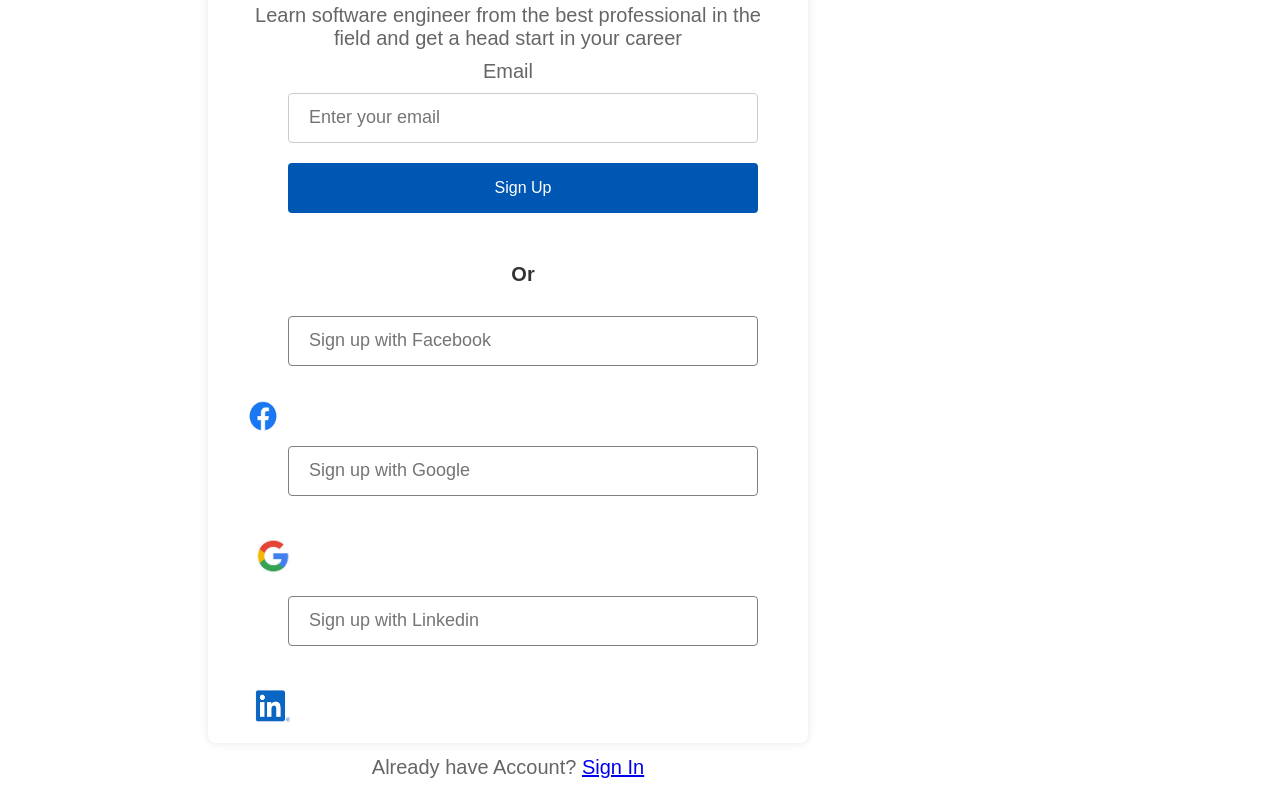
Repository: Femi007-gh/LOGIN-INTERFACE
Page: index.html
The author's editor kept a copy of each file at every save. The page is drawn from the files as they stood at one save, then again after a run of saves.
The browser window is 1280 px wide. The pictures show the whole page.

Above is the page before, as saved 2025-01-21 14:20:45.

### index.html
<html>
  <head>
    <title></title>
    <link rel="stylesheet" href="style.css">
  </head>
  <body>
    <div class="container">
      <div class="left-session">
        <div class="form-container">
          <h1>Get Started Today!</h1>
          <p>Learn software engineer from the best professional in the field and get a head start in your career</p>
          <form>
            <div class="inter-group">
              <p>Email</p>
              <input placeholder="Enter your email" class="email">
            </div>
           <button class="primary-btn" type="submit">
              Sign Up
            </button>
            </form>
            <p class="divider">Or</p>
            <div class="social-buttons">
              <input placeholder="Sign up with Facebook" class="sign">
              <img class="face" src="facebook.jpeg">
              <input placeholder="Sign up with Google" class="sign">
              <img class="go" src="google.webp">
              <input placeholder="Sign up with Linkedin" class="sign">
              <img class="link" src="linked.png">
              <p class="pet">Already have Account? <a href="#">Sign In</a>
      </div>
      <div class="right-section"></div>
    </div>
  </body>
</html>

### style.css
body {
  font-family: Arial, sans-serif;
  display: flex;
  justify-content: center;
  align-items: center;
  height: 100vh;
  width: 1000px;
}

.container {
  display: flex;
  width: 600px;
  height: 750px;
  background-color: white;
  border-radius: 8px;
  box-shadow: 0 0 10px rgba(0, 0, 0, 0.1);
}

.left-session {
  flex: 1;
  padding: 40px;
  display: flex;
  flex-direction: column;
  justify-content: center;
}

.form-container {
  text-align: center;
}

h1 {
  font-size: 28px;
  margin-bottom: 20px;
  color: #333;
}

p {
  margin: 10px 0;
  color: #666;
}



.input-wrapper {
  position: relative;
}

 .email {
  width: 470px;
  height: 50px;
  border: 1px solid #ccc;
  border-radius: 4px;
  margin-bottom: 20px;
  padding-left: 20px;
  font-size: 18px;
  margin-left: 30px;
}


.primary-btn {
  background-color: #0056b3;
  color: white;
  border: none;
  padding: 12px 20px;
  border-radius: 4px;
  cursor: pointer;
  font-size: 16px;
  width: 470px;
  display: flex;
  align-items: center;
  justify-content: center;
  transition: background-color 0.3s ease;
  margin-bottom: 50px;
  margin-left: 40px;
  height: 50px;
}

.primary-btn:hover {
  background-color: #004494;
}

.divider {
  text-align: center;
  font-weight: bold;
  margin: 20px 0;
  color: #333;
  margin-bottom: 30px;
  margin-left: 30px;
}
 .sign {
  width: 470px;
  height: 50px;
  border: 1px solid grey;
  border-radius: 4px;
  margin-bottom: 20px;
  padding-left: 20px;
  font-size: 18px;
  margin-left: 40px;
}

.social-buttons {
  display: flex;
  flex-direction: column;
  gap: 15px;
}

.social-buttons .input-wrapper {
  background-color: transparent;
}

.center-text {
  text-align: center;
  margin-top: 20px;
  color: #333;
}

.center-text a {
  color: #0056b3;
  text-decoration: none;
  font-weight: bold;
}

.center-text a:hover {
  text-decoration: underline;
}

.pet, p, h1 {
  font-size: 20px;
}

.face {
   height: 30px;
   width: 30px;
}


.go {
  height: 50px;
  width: 50px;
}


.link {
  height: 50px;
  width: 50px;
}

After the next 3 saves:
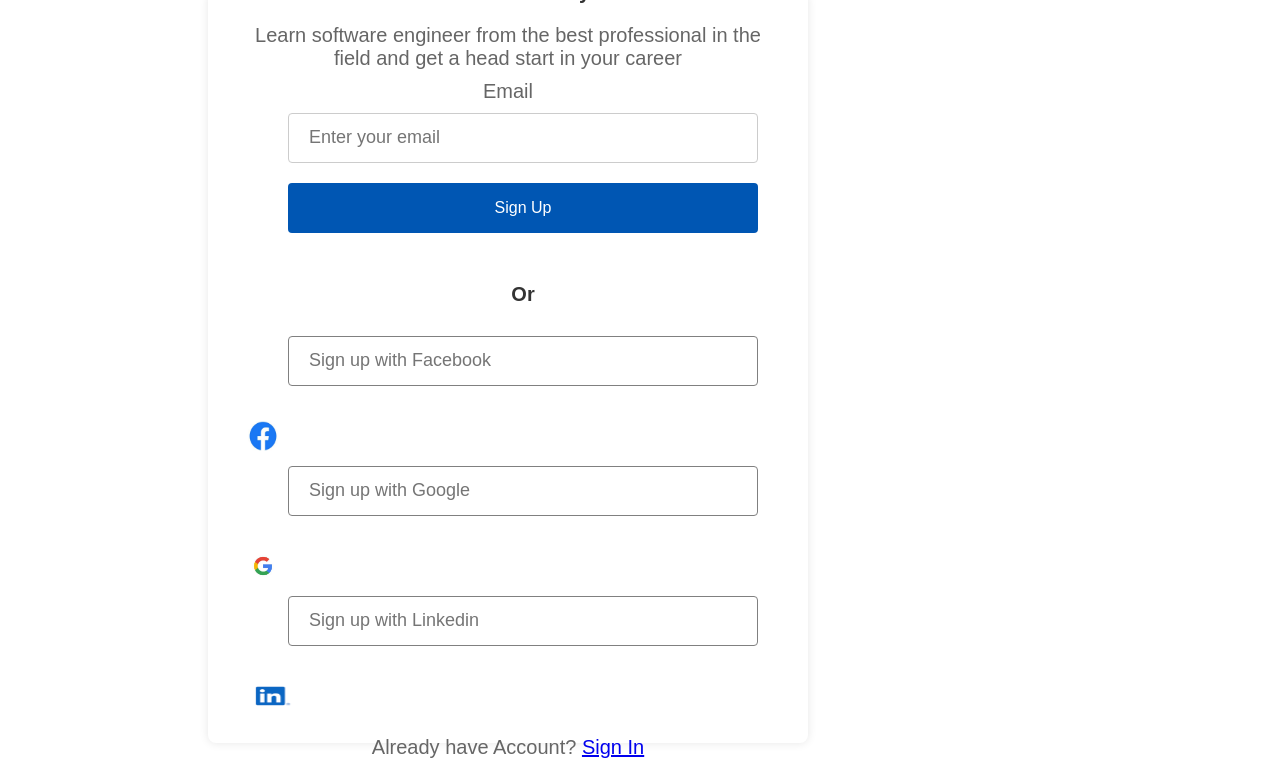
The 3 saves are shown as one change because they came seconds apart.
The last was saved 11 s later.
--- a/style.css
+++ b/style.css
@@ -135,12 +135,12 @@ p {
 
 
 .go {
-  height: 50px;
-  width: 50px;
+  height: 30px;
+  width: 30px;
 }
 
 
 .link {
-  height: 50px;
+  height: 30px;
   width: 50px;
 }
